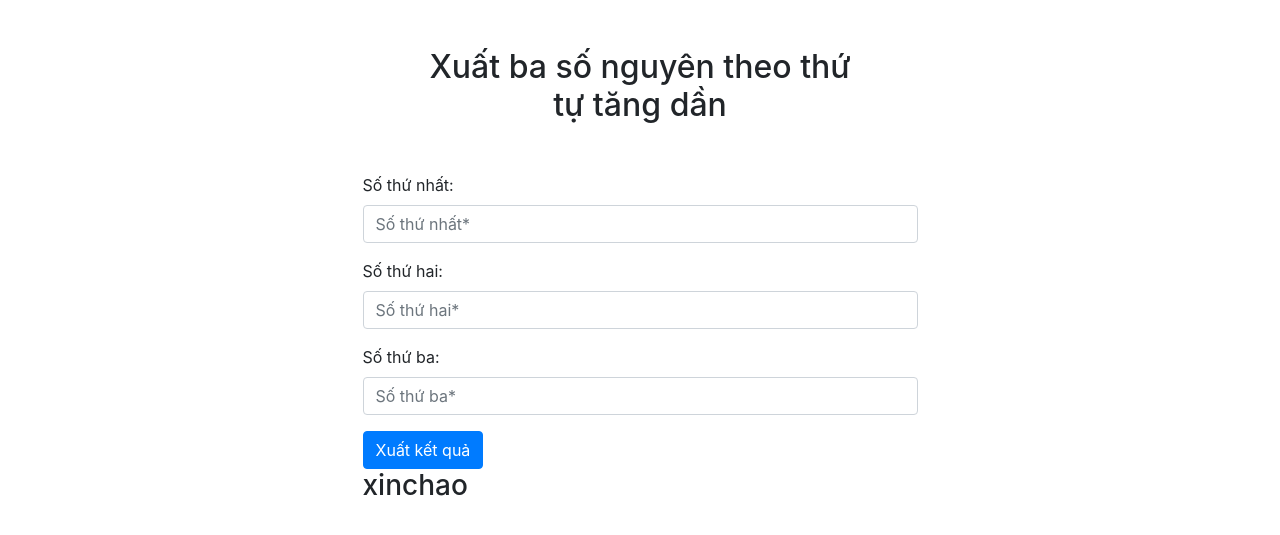
Repository: dovanthao2404/BC14_BaiTap_JS_Buoi_4_dovanthao
Page: html/bai1.html
These files come from the project's save history. The page is drawn as it stood at one moment and after the next save; the edit follows.
The browser window is 1280 px wide. The pictures show the whole page.

Above is the page before, as saved 2021-07-02 00:32:06.

### html/bai1.html
<!DOCTYPE html>
<html lang="en">

<head>
  <meta charset="UTF-8">
  <meta http-equiv="X-UA-Compatible" content="IE=edge">
  <meta name="viewport" content="width=device-width, initial-scale=1.0">
  <title>Document</title>

  <!-- BS4 -->
  <link rel="stylesheet" href="https://cdn.jsdelivr.net/npm/bootstrap@4.6.0/dist/css/bootstrap.min.css"
    integrity="sha384-B0vP5xmATw1+K9KRQjQERJvTumQW0nPEzvF6L/Z6nronJ3oUOFUFpCjEUQouq2+l" crossorigin="anonymous">
</head>

<body>
  <div class="container">
    <form class="w-50 mx-auto">
      <h2 class="text-center px-5 my-5">Xuất ba số nguyên theo thứ tự tăng dần</h2>
      <div class="form-group">
        <label for="number-1">Số thứ nhất: </label>
        <input type="text" name="" id="number-1" class="form-control" placeholder="Số thứ nhất*">
      </div>
      <div class="form-group">
        <label for="number-2">Số thứ hai: </label>
        <input type="text" name="" id="number-2" class="form-control" placeholder="Số thứ hai*">
      </div>
      <div class="form-group">
        <label for="number-3">Số thứ ba: </label>
        <input type="text" name="" id="number-3" class="form-control" placeholder="Số thứ ba*">
      </div>
      <button type="button" class="btn btn-primary">Xuất kết quả</button>
      <h3 id="thongBaoKetqua">
        xinchao
      </h3>
    </form>

  </div>
</body>

</html>

After the next save:
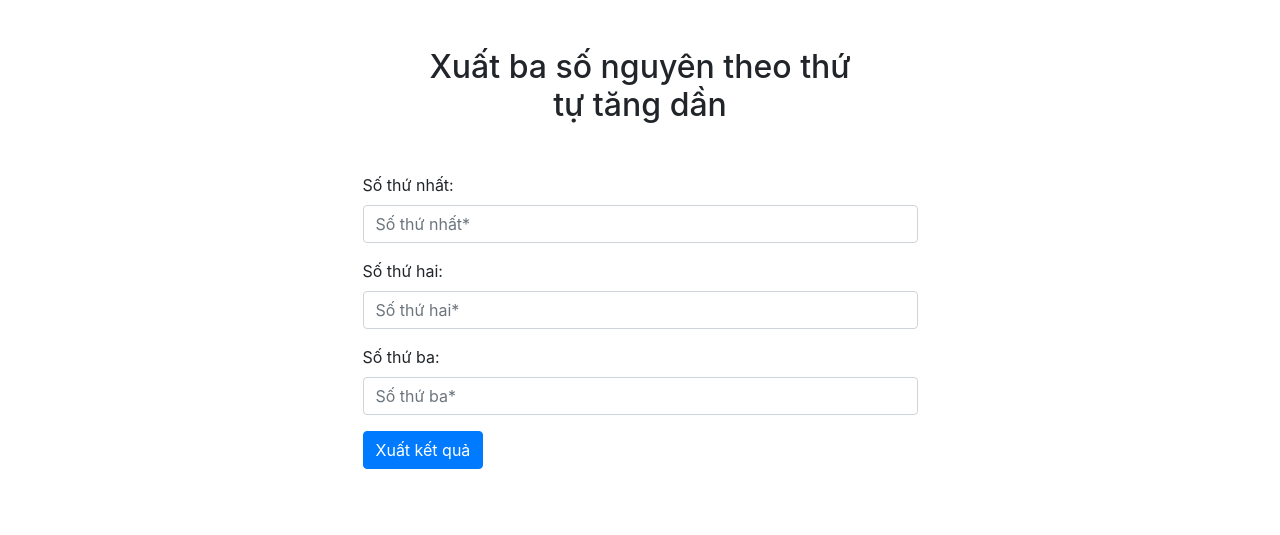
Saved 33 s later.
--- a/html/bai1.html
+++ b/html/bai1.html
@@ -29,9 +29,9 @@
         <input type="text" name="" id="number-3" class="form-control" placeholder="Số thứ ba*">
       </div>
       <button type="button" class="btn btn-primary">Xuất kết quả</button>
-      <h3 id="thongBaoKetqua">
-        xinchao
-      </h3>
+      <div id="ketQua">
+        <span class=""></span>
+      </div>
     </form>
 
   </div>
